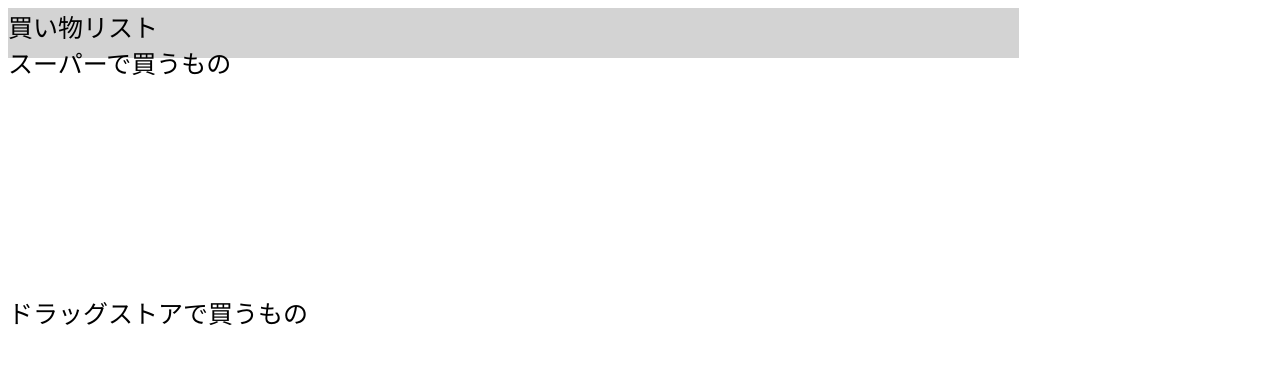
Repository: m-mao/firsa_app
Page: html_css/html_construction/index.html
The author's editor kept a record of every edit. The page is drawn from the files as they stood at one moment, then again after the next edit.
The browser window is 1280 px wide. The pictures show the whole page.

Above is the page before.

### html_css/html_construction/index.html
<!DOCTYPE HTML>
<html>
  <head>
    <meta charset="UTF-8">
    <title>html_construction</title>
    <link rel="stylesheet" href="style.css">
  </head>
  <body>
      <header>
          買い物リスト
          <div class="content">
              <div class="top-content">
                  スーパーで買うもの
              </div>
              <div class="bottom-content">
                  ドラッグストアで買うもの
              </div>
          </div>

  </body>
</html>

### html_css/html_construction/style.css
header{
  height: 50px;
  width: 80%;
  font-size: 25px;
  background-color: lightgray;
}
.contents{
  width: 500px;
}
.top-content{
  height: 250px;
  width: 500px;
}

.bottom-content{
  height: 250px;
  width: 500px;
}

footer{
  height: 50px;
  width: 80%;
}

After the next edit:
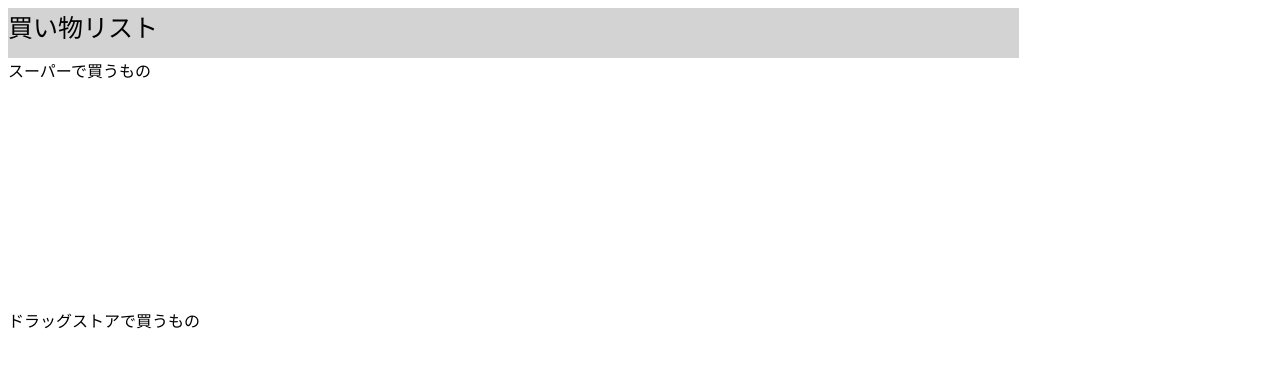
The edit:
--- a/html_css/html_construction/index.html
+++ b/html_css/html_construction/index.html
@@ -8,6 +8,7 @@
   <body>
       <header>
           買い物リスト
+      </header>
           <div class="content">
               <div class="top-content">
                   スーパーで買うもの
